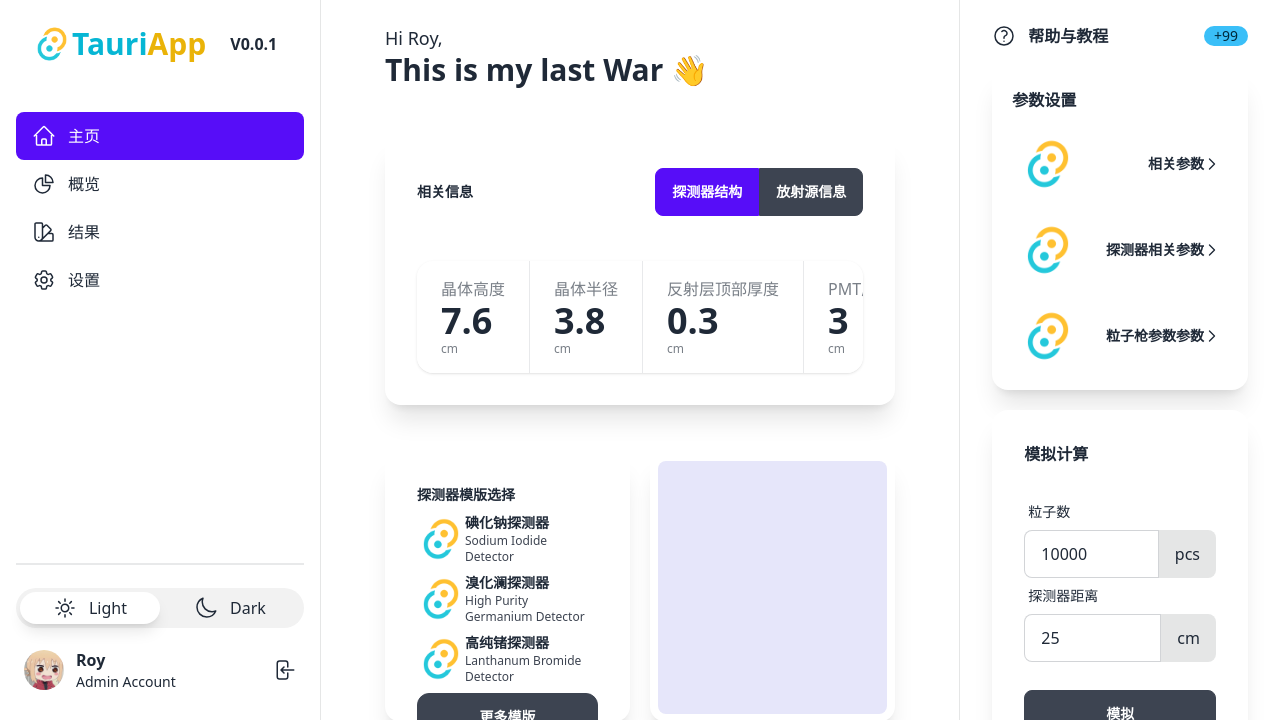
Repository: XMZOVO/tauri-geant4
Page: /
An editor plug-in stored every save of this project. The page is shown before and after the next save, followed by the edit.
The browser window is 1280 px wide. The pictures show the whole page.
The page's requests for data from a server got no answer. An inner scrolling area shows only its first screen. The project was rebuilt for these pictures with package versions that can differ from the ones it lists, and the page was loaded fresh each time. No one was signed in, and anything a server would have sent is missing. Also part of the build but not shown: vite.config.ts.

Above is the page before, as saved 2022-09-11 19:22:43.

After the next save:
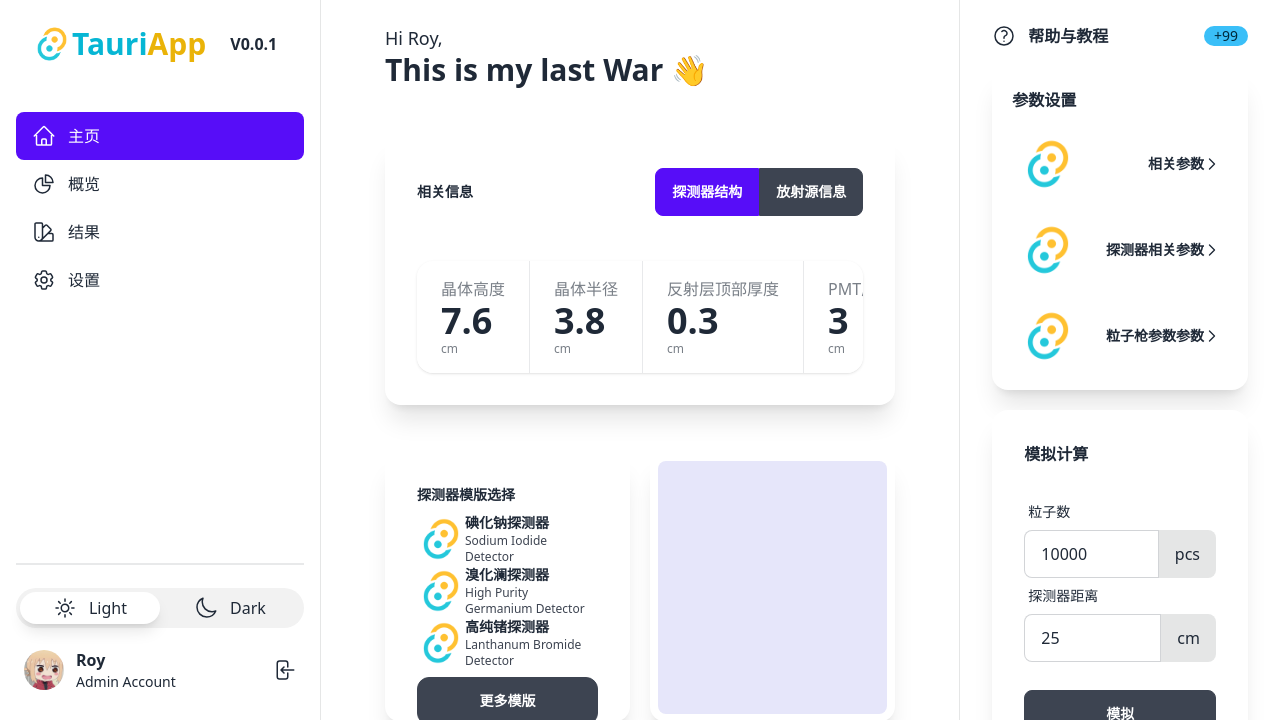
Saved 28 s later.
--- a/src/components/Home.vue
+++ b/src/components/Home.vue
@@ -188,29 +188,31 @@ const exitApp = async () => {
           <div class="card-body">
             <p class="text-sm font-semibold">探测器模版选择</p>
             <!-- item -->
-            <div
-              v-for="(item, index) in detectorList"
-              class="flex items-center justify-between"
-            >
-              <div class="flex items-center">
-                <img src="../assets/icon.png" class="h-12 w-12" />
-                <div class="flex flex-col">
-                  <p class="text-sm font-semibold">{{ item.name }}</p>
-                  <p class="text-xs text-neutral">
-                    {{ item.description }}
-                  </p>
-                </div>
+            <div>
+              <div
+                v-for="(item, index) in detectorList"
+                class="flex items-center justify-between"
+              >
+                <div class="flex items-center">
+                  <img src="../assets/icon.png" class="h-12 w-12" />
+                  <div class="flex flex-col">
+                    <p class="text-sm font-semibold">{{ item.name }}</p>
+                    <p class="text-xs text-neutral">
+                      {{ item.description }}
+                    </p>
+                  </div>
+                </div>
+                <!-- <div
+                  class="radial-progress text-xs text-primary"
+                  :style="
+                    '--value: ' +
+                    item.percent +
+                    '; --size: 3.5rem; --thickness: 6px'
+                  "
+                >
+                  {{ item.percent }}%
+                </div> -->
               </div>
-              <!-- <div
-                class="radial-progress text-xs text-primary"
-                :style="
-                  '--value: ' +
-                  item.percent +
-                  '; --size: 3.5rem; --thickness: 6px'
-                "
-              >
-                {{ item.percent }}%
-              </div> -->
             </div>
             <btn class="btn rounded-xl"> 更多模版</btn>
           </div>
